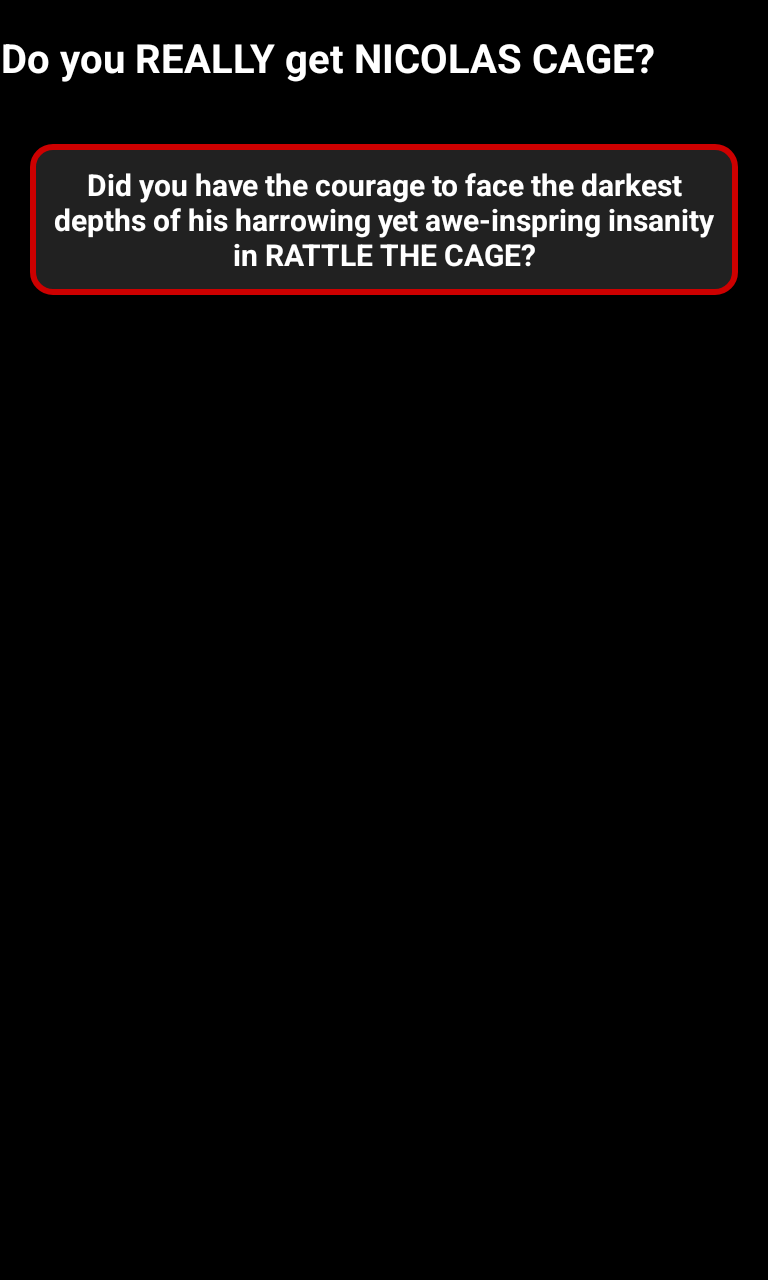
Repository: kylenicola/NicCageMobileApp
Layout: NicolasCageApp/res/layout/activity_score_menu.xml
An editor plug-in stored every save of this project. The layout is shown before and after the next save, followed by the edit.
It is drawn on a 768 x 1280 px phone screen (xhdpi) without system bars, with theme AppTheme; the app's code is not run.

Above is the layout before, as saved 2014-12-04 02:32:13.

After the next save:
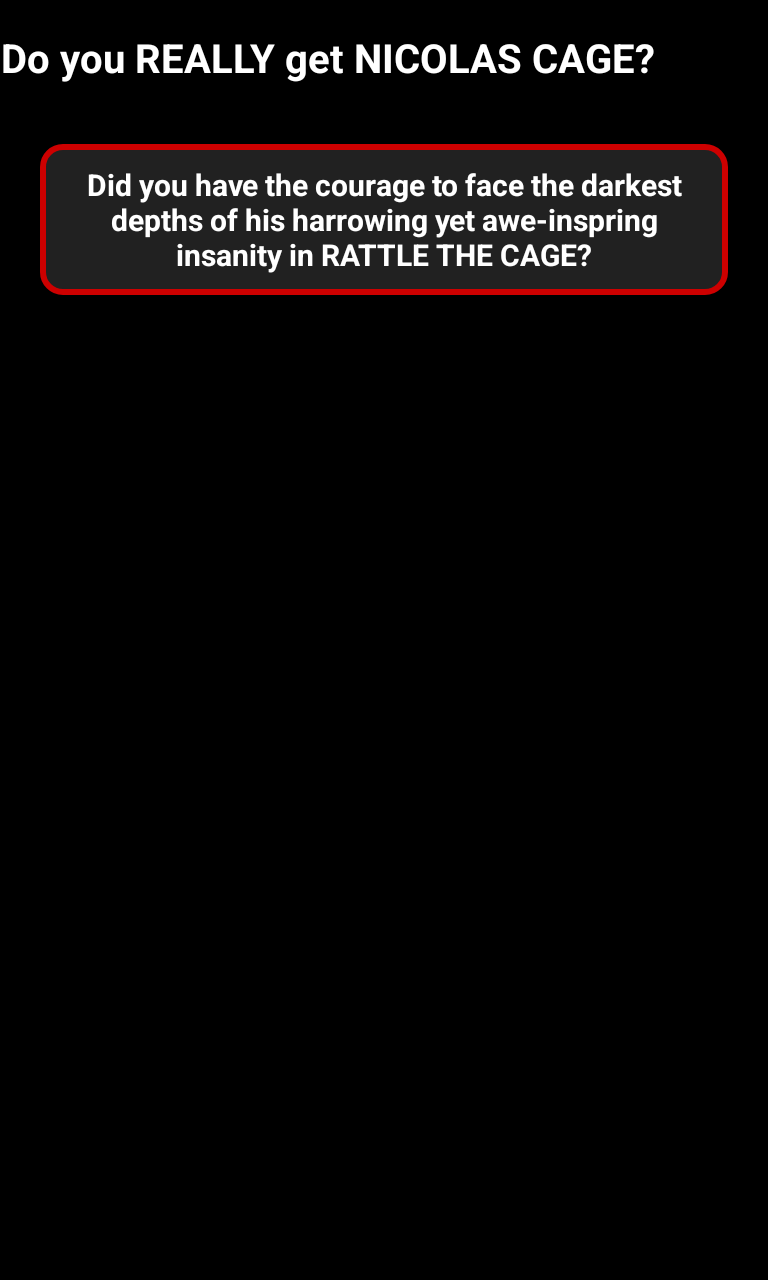
Saved 33 s later.
--- a/NicolasCageApp/res/layout/activity_score_menu.xml
+++ b/NicolasCageApp/res/layout/activity_score_menu.xml
@@ -23,8 +23,8 @@
 	    android:layout_height="wrap_content"
 	    android:layout_gravity="center"
 	    android:layout_marginTop="30dp"
-	    android:layout_marginLeft="15dp"
-	    android:layout_marginRight="15dp"
+	    android:layout_marginLeft="20dp"
+	    android:layout_marginRight="20dp"
 	    android:background="@drawable/score_menu_button_style"
 	    android:text="@string/rattle_the_cage_score_description"
 	    android:textColor="@android:color/white"
